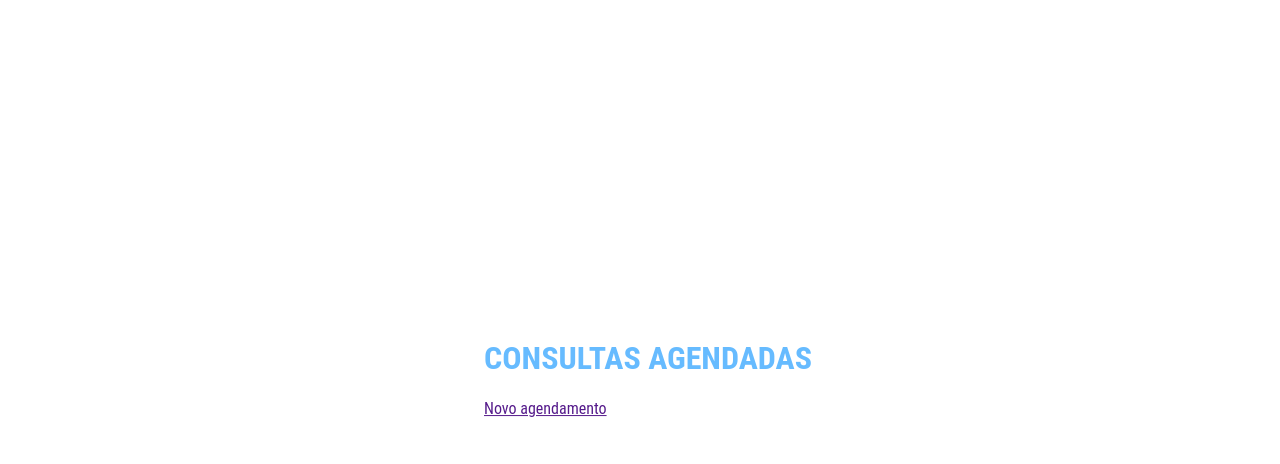
Repository: ohenriquesouza/HospitalCRUD-using-JavaEE
Page: http://localhost/JSP_test/cadastro.jsp
The author's editor kept a copy of each file at every save. The page is drawn from the files as they stood at one save, then again after the next save.
The browser window is 1280 px wide. The pictures show the whole page.
Some web fonts or font styles are not loaded; a fallback is used. The page is served by Tomcat 9.

Above is the page before, as saved 2022-12-27 16:04:23.

After the next save:
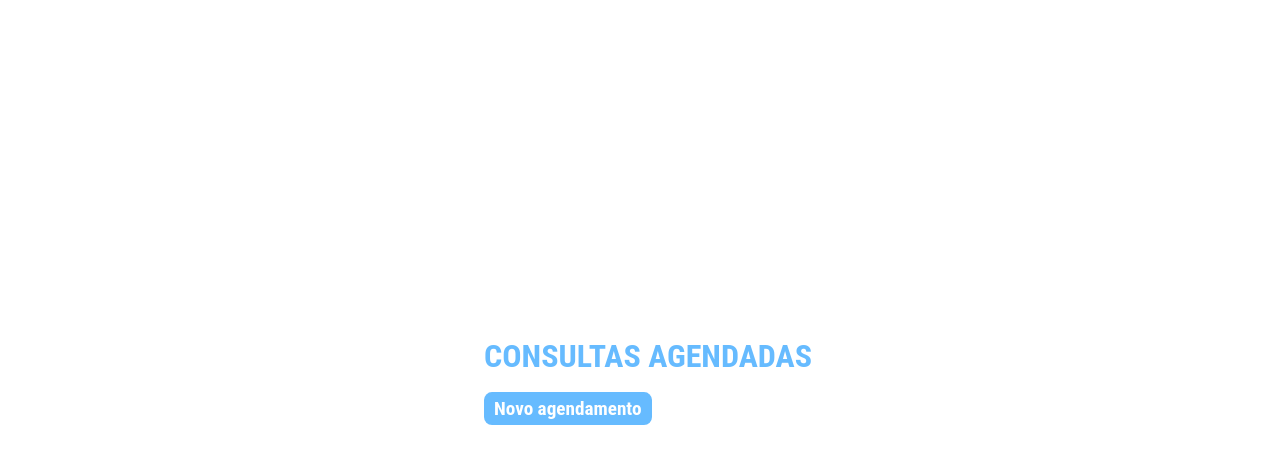
Saved 27 s later.
--- a/JSP_test/src/main/webapp/cadastro.jsp
+++ b/JSP_test/src/main/webapp/cadastro.jsp
@@ -10,6 +10,6 @@
 </head>
 <body>
 	<h1>CONSULTAS AGENDADAS</h1>
-	<a href="">Novo agendamento</a>
+	<a class="botao1" href="">Novo agendamento</a>
 </body>
 </html>
